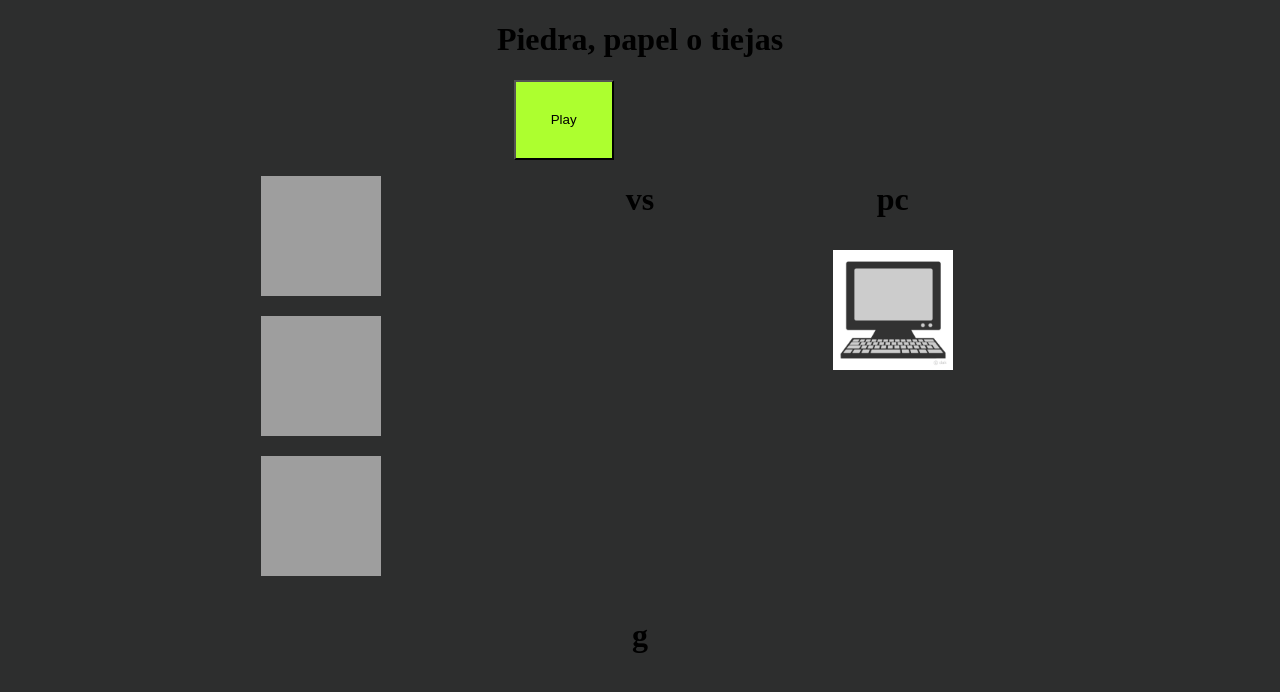
Repository: Kevin8548/FundamentosJS
Page: scissors.html
An editor plug-in stored every save of this project. The page is shown before and after the next save, followed by the edit.
The browser window is 1280 px wide. The pictures show the whole page.
Pictures or frames that could not be fetched are drawn as grey boxes.

Above is the page before, as saved 2024-09-23 05:47:11.
Console error: SyntaxError: Unexpected token ';'

### scissors.html
<!DOCTYPE html>
<html lang="en">
<head>
    <meta charset="UTF-8">
    <meta name="viewport" content="width=device-width, initial-scale=1.0">
    <title>Document</title>
    <link rel="stylesheet" href="style.css">
</head>
<body>
    <div class="content"></div>
    <script src="./concepts/scissors.js"></script>
    <h1>Piedra, papel o tiejas</h1>
    <div class="parent">
        <div class="div1"> <button>Play</button> </div>

        <div class="div2">
            <p><img src="img/descarga.jpeg" alt=""></p>
            <p><img src="img/scissor-icon-transparent-free-png.webp" alt=""></p>
            <p><img src="img/png-clipart-paper-leaf-leaf-white-leaf-thumbnail.png" alt=""></p>
        </div>

        <div class="div3"><h1>vs</h1> </div>

        <div class="div4"> <h1>pc
            <p><img src="img/2775.png" alt=""></p>
        </h1></div>

        <div class="div5"><h1>g</h1> </div>

        </div>
</body>
</html>

### style.css
.parent {
display:grid ;
grid-template-columns: repeat(5, 1fr);
grid-template-rows: repeat(1.5, 1fr);
grid-column-gap: 0px;
grid-row-gap: 0px;
}

.div1 { grid-area: 1 / 3 / 2 / 4; }
.div2 { grid-area: 3 / 2 / 4 / 3; }
.div3 { grid-area: 3 / 3 / 4 / 4; }
.div4 { grid-area: 3 / 4 / 4 / 5; }
.div5 { grid-area: 5 / 3 / 6 / 4; }

h1{
text-align: center;
}

img{
width: 120px;
height: 120px;
}

body{
background-color: rgb(45, 46, 46);
}

button{
    background-color: greenyellow;
    width: 100px;
    height: 80px;
}

### concepts/scissors.js
const btnPLay = ;
const divUser = ;
const divMaq = ;
const message = ;

const play = () => {
    const choiceUser = prompt ('Elige; piedra, papel o tijeras');
    const aleatorio = Math.floor(Math.random() * 3);
    //Todo
    //Si aleatorio = 0 choicemaq= piedra y asi para 1  y 2
    //Comparaciones para determinar ganador
}

After the next save:
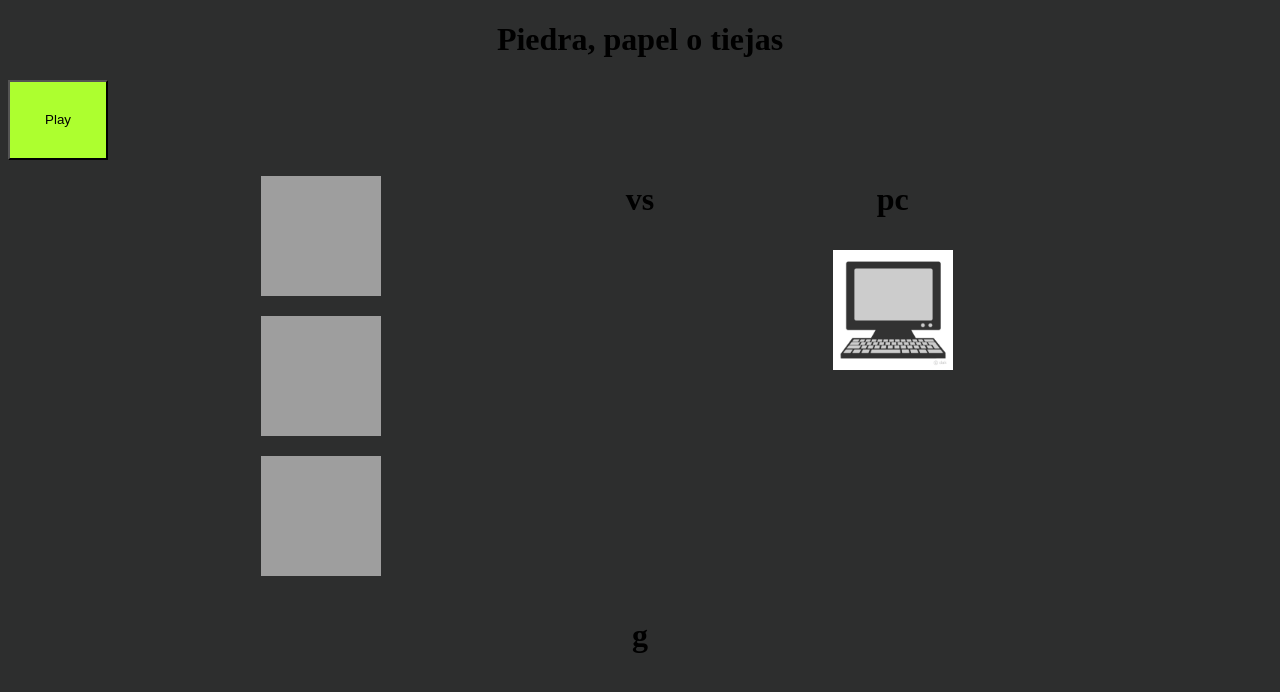
Saved 44 s later.
--- a/scissors.html
+++ b/scissors.html
@@ -10,8 +10,9 @@
     <div class="content"></div>
     <script src="./concepts/scissors.js"></script>
     <h1>Piedra, papel o tiejas</h1>
+    <button>Play</button>
     <div class="parent">
-        <div class="div1"> <button>Play</button> </div>
+
 
         <div class="div2">
             <p><img src="img/descarga.jpeg" alt=""></p>
